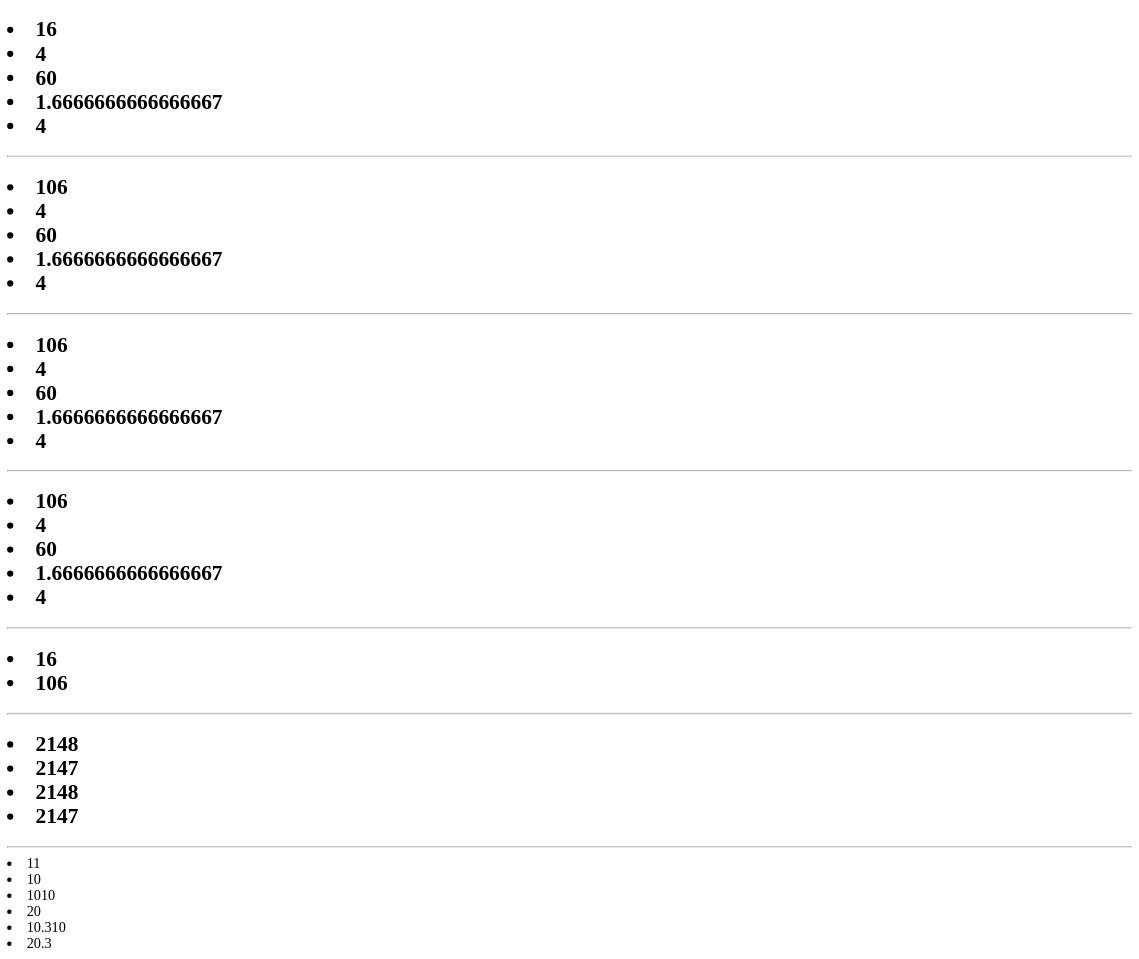
Repository: ady0099/webstudy
Page: 03_javascript/src/main/webapp/day03/ex01_number.html
The author's editor kept a copy of each file at every save. The page is drawn from the files as they stood at one save, then again after the next save.
The browser window is 1280 px wide. The pictures show the whole page, at 89% of full size.

Above is the page before, as saved 2023-06-29 01:42:13.

After the next save:
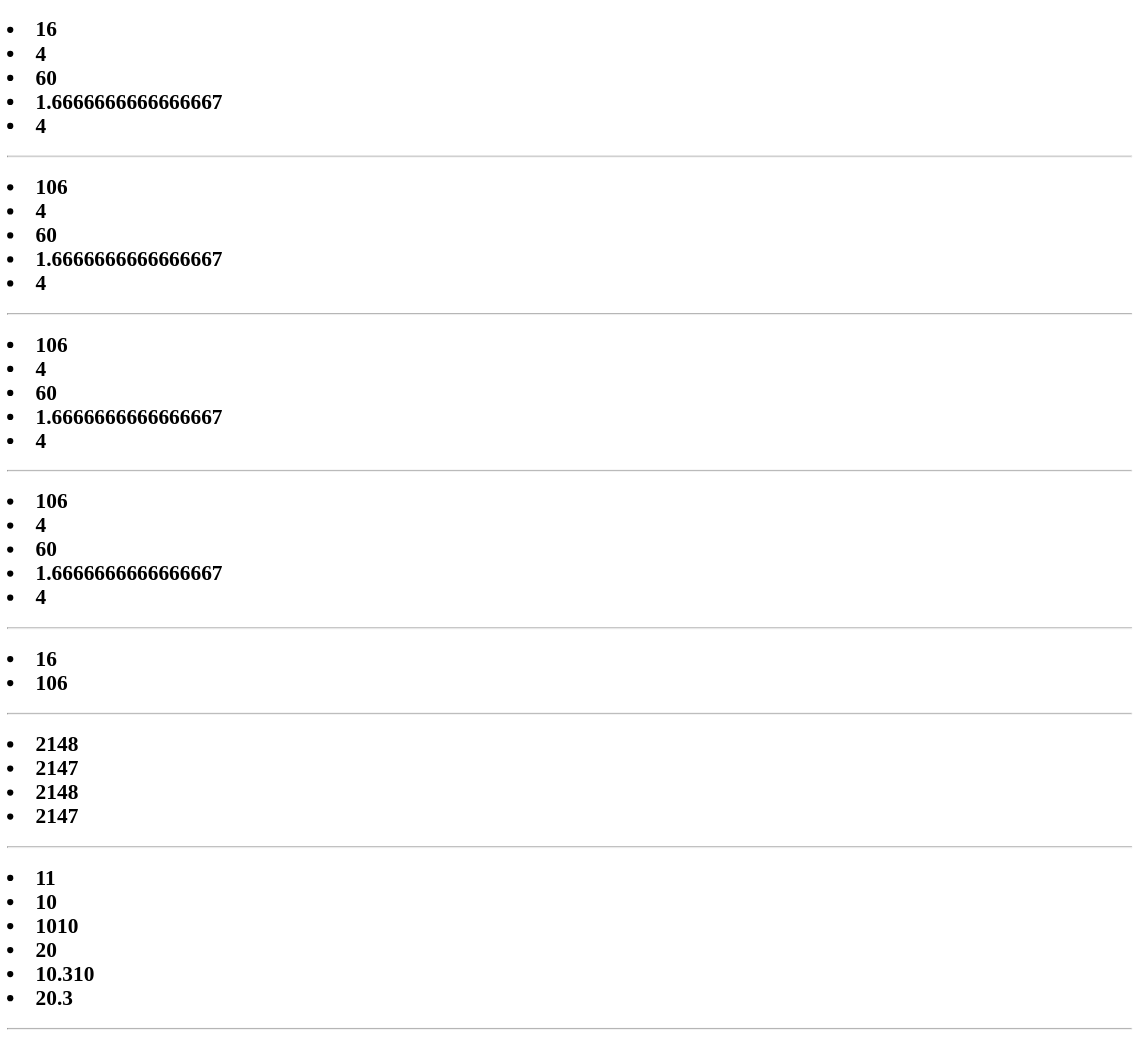
Saved 9 s later.
--- a/03_javascript/src/main/webapp/day03/ex01_number.html
+++ b/03_javascript/src/main/webapp/day03/ex01_number.html
@@ -72,16 +72,19 @@
 			document.write("</h2>");
 			document.write("<hr>");
 
+
 			// 문자열을 숫자로 변환 : Number, parseInt, parseFloat
 			// Non(Not a Number) : 숫자가 들어갈 자리에 숫자가 아닌 다른 값이 들어오면 표시되는 예약어
 			// isNaN : NaN을 확인하는 함수(Nan이면 true, 아니면 false);
+			document.write("<h2>");
 			document.write("<li>"+(Number(true)+10)+"</li>"); // 11
 			document.write("<li>"+(Number(false)+10)+"</li>"); // 10
 			document.write("<li>"+("10"+10)+"</li>"); // 20
 			document.write("<li>"+(Number("10")+10)+"</li>"); // 20
 			document.write("<li>"+("10.3"+10)+"</li>"); // 20.3
 			document.write("<li>"+(Number("10.3")+10)+"</li>"); // 20.3
-
+			document.write("</h2>");
+			document.write("<hr>");
 
 
 		</script>
